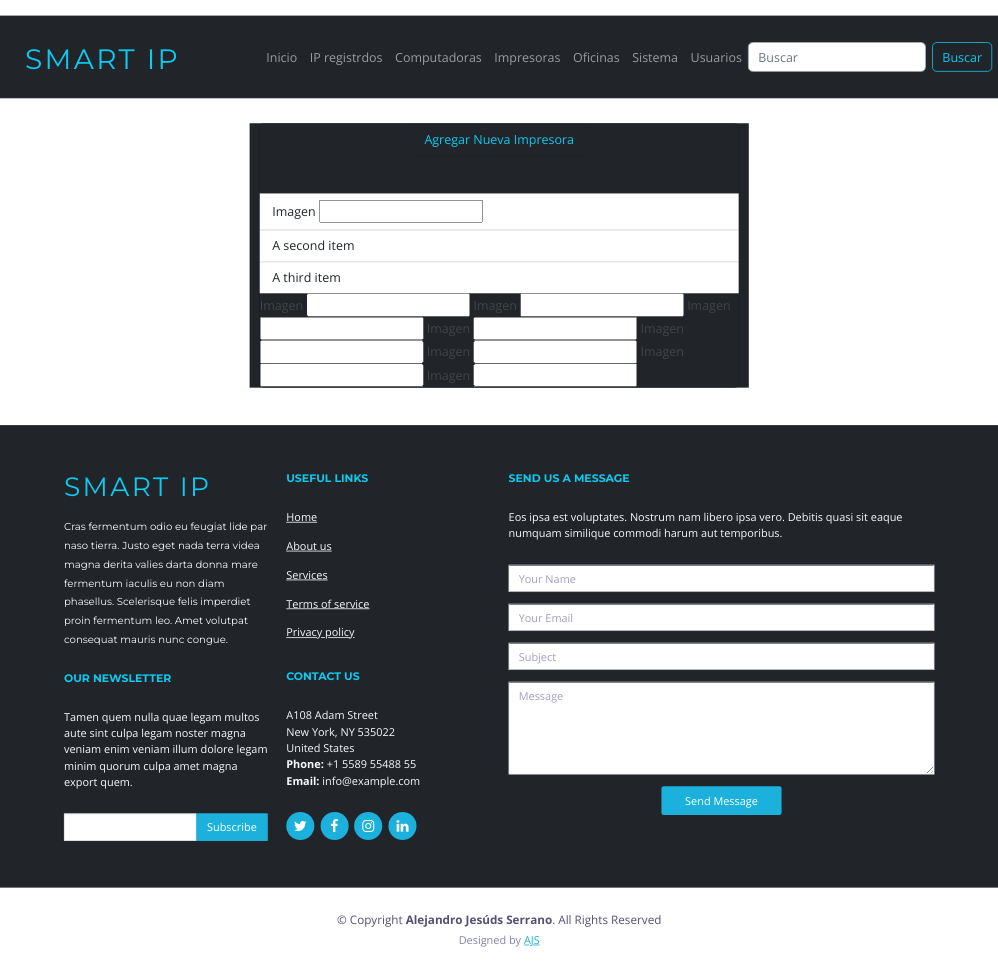
Repository: AlejandroJesusSerrano/SmartIPs
Page: smartip/smartipnav/templates/smartipnav/printer_form.html
These files come from the project's save history. The page is drawn as it stood at one moment and after the next save; the edit follows.
The browser window is 1280 px wide. The pictures show the whole page, at 78% of full size.
The page is served by the project's application, run on Django 4.2 (smartip/manage.py). Other server files are loaded and not shown. The template is opened directly, without the code that normally fills it, so the values that code supplies are empty.

Above is the page before, as saved 2022-11-14 09:00:08.

### smartip/smartipnav/templates/smartipnav/printer_form.html
{% extends 'smartipnav/base.html' %}

{% block content %}
<section>
    <div class="container col-lg-6 bg-dark">
        <div class="card mx-auto mt-5 bg-dark style="width: 20rem;">
            <div class="card-header bg-dark text-info mx-auto">
              Agregar Nueva Impresora
            </div>
            <form id=printer_add_form action="" method="post" class="mt-5">
                {% csrf_token %}
                <ul class="list-group list-group-flush">
                    <li class="list-group-item">
                        <label for="">Imagen</label>
                        <input type="url" name="printer_image" id="printer_image">
                    </li>

                    <li class="list-group-item">A second item</li>
                    <li class="list-group-item">A third item</li>
                  </ul>
                <label for="">Imagen</label>
                <input type="url" name="printer_image" id="printer_image">

                <label for="">Imagen</label>
                <input type="url" name="printer_image" id="printer_image">

                <label for="">Imagen</label>
                <input type="url" name="printer_image" id="printer_image">

                <label for="">Imagen</label>
                <input type="url" name="printer_image" id="printer_image">

                <label for="">Imagen</label>
                <input type="url" name="printer_image" id="printer_image">

                <label for="">Imagen</label>
                <input type="url" name="printer_image" id="printer_image">

                <label for="">Imagen</label>
                <input type="url" name="printer_image" id="printer_image">

                <label for="">Imagen</label>
                <input type="url" name="printer_image" id="printer_image">
            </form>
        </div>
    </div>
</section>
<!-- <section id="intro" class="clearfix">
    <div class="container d-flex h-100">
        <div class="row justify-content-center align-self-center">
            <div class="col-md-6 intro-info order-md-first order-last">
                <form action="" method="post">
                    {% csrf_token %}
                    <div class="container mx-auto w-100">
                        <div class="form-group bg-dark mx-auto w-80">
                            <label class="form-control-label text-light" for="printer_image">Url Imágen: </label>
                            <input class="form-control" type="url" name="printer_image" id="printer_add"></p>

                            <label class="form-control-label text-light" for="printer_brand">Marca: </label>
                            <input class="form-control" type="text" name="printer_brand" id="printer_brand"></p>

                            <label class="form-control-label text-light" for="printer_model">Modelo: </label>
                            <input class="form-control" type="text" name="printer_model" id="printer_model"></p>

                            <label class="form-control-label text-light" for="printer_rebuilded">Reacondicionada: </label>
                            <input class="form-control" type="checkbox" name="printer_rebuilded" id="printer_rebuilded"></p>

                            <label class="form-control-label text-light" for="printer_ip">Ip asignado: </label>
                            <input class="form-control" type="text" name="printer_ip" id="printer_ip"></p>

                            <label class="form-control-label text-light" for="printer_office">Oficina: </label>
                            <input class="form-control" type="text" namr="printer_office" id="printer_office"></p>

                            <button type="submit" class="btn btn-info mx-auto">Submit</button>
                        </div>
                    </div>
                </form>
            </div>
        </div>
    </div>
</section> -->
{% endblock %}

### smartip/smartipnav/templates/smartipnav/base.html
<!DOCTYPE html>
<html lang="en">
<head>

  {% load static %}
  <meta charset="utf-8">
  <title>Smart IP</title>
  <meta content="width=device-width, initial-scale=1.0" name="viewport">
  <meta content="" name="keywords">
  <meta content="" name="description">

  <!-- Favicons -->
  <link href="{% static 'smartipnav/img/favicon.png' %}" rel="icon">
  <link href="{% static 'smartipnav/img/apple-touch-icon.png' %}" rel="apple-touch-icon">

  <!-- Google Fonts -->
  <link href="https://fonts.googleapis.com/css?family=Open+Sans:300,300i,400,400i,500,600,700,700i|Montserrat:300,400,500,600,700" rel="stylesheet">

  <!-- Bootstrap CSS File -->
  <link href="https://cdn.jsdelivr.net/npm/bootstrap@5.2.2/dist/css/bootstrap.min.css" rel="stylesheet" integrity="sha384-Zenh87qX5JnK2Jl0vWa8Ck2rdkQ2Bzep5IDxbcnCeuOxjzrPF/et3URy9Bv1WTRi" crossorigin="anonymous">

  <!-- Libraries CSS Files -->
  <link href="{% static 'smartipnav/lib/font-awesome/css/font-awesome.min.css' %}" rel="stylesheet">
  <link href="{% static 'smartipnav/lib/animate/animate.min.css' %}" rel="stylesheet">
  <link href="{% static 'smartipnav/lib/ionicons/css/ionicons.min.css' %}" rel="stylesheet">
  <link href="{% static 'smartipnav/lib/owlcarousel/assets/owl.carousel.min.css' %}" rel="stylesheet">
  <link href="{% static 'smartipnav/lib/lightbox/css/lightbox.min.css' %}" rel="stylesheet">

  <!-- Main Stylesheet File -->
  <link href="{% static 'smartipnav/css/style.css' %}" rel="stylesheet">

  <!-- =======================================================
    Theme Name: Rapid
    Theme URL: https://bootstrapmade.com/rapid-multipurpose-bootstrap-business-template/
    Author: BootstrapMade.com
    License: https://bootstrapmade.com/license/
  ======================================================= -->
</head>

<body>
  <!--==========================
  Header
  ============================-->
  <header id="header">
    <nav class="navbar navbar-expand-lg navbar-dark bg-dark mb-5">
      <a class="navbar-brand" href="index">
        <div class="logo mb-4">
          <!-- Uncomment below if you prefer to use an image logo -->
          <h1 class="text-bg-dark mx-auto "><a href="index"><span class= "text-info">Smart IP</span></a></h1>
          <!-- <a href="#header" class="scrollto"><img src="img/logo.png" alt="" class="img-fluid"></a> -->
        </div>
      </a>
      <button class="navbar-toggler" type="button" data-bs-toggle="collapse" data-bs-target="#navbarSupportedContent" aria-controls="navbarSupportedContent" aria-expanded="false" aria-label="Toggle navigation">
        <span class="navbar-toggler-icon"></span>
      </button>
      <div class="collapse navbar-collapse" id="navbarSupportedContent">
        <ul class="navbar-nav ms-auto mb-2 mb-lg-0">
          <li class="nav-item">
            <a class="nav-link {% block indexactive %} {% endblock %}" aria-current="page" href="{% url 'Inicio' %}">Inicio</a>
          </li>
          <li class="nav-item">
            <a class="nav-link {% block ipactive %} {% endblock %}" aria-current="page" href=" {% url 'Ip' %}">IP registrdos</a>
          </li>
          <li class="nav-item">
            <a class="nav-link {% block computeractive %} {% endblock %}" aria-current="page" href="{% url 'Computers' %}">Computadoras</a>
          </li>
          <li class="nav-item">
            <a class="nav-link {% block printersactive %} {% endblock %}" aria-current="page" href="{% url 'Printers' %}">Impresoras</a>
          </li>
          <li class="nav-item">
            <a class="nav-link {% block officesactive %} {% endblock %}" aria-current="page" href="{% url 'Offices' %}">Oficinas</a>
          </li>
          <li class="nav-item">
            <a class="nav-link {% block usersactive %} {% endblock %}" aria-current="page" href="{% url 'Users' %}">Sistema</a>
          </li>
          <li class="nav-item">
            <a class="nav-link {% block userspcactive %} {% endblock %}" aria-current="page" href="{% url 'UsersPc' %}">Usuarios</a>
          </li>

          <!-- <li class="nav-item dropdown">
            <a class="nav-link dropdown-toggle" href="#" id="navbarDropdown" role="button" data-bs-toggle="dropdown" aria-expanded="false">
              Dropdown
            </a>
            <ul class="dropdown-menu" aria-labelledby="navbarDropdown">
              <li><a class="dropdown-item" href="#">Acción</a></li>
              <li><a class="dropdown-item" href="#">Otra acción</a></li>
              <li><hr class="dropdown-divider"></li>
              <li><a class="dropdown-item" href="#">Algo más aquí</a></li>
            </ul>
          </li>
          <li class="nav-item">
            <a class="nav-link disabled">Deshabilitado</a>
          </li> -->
        </ul>
        <form class="d-flex" role="search">
          <input class="form-control me-2" type="search" placeholder="Buscar" aria-label="Buscar">
          <button class="btn btn-outline-info me-2" type="submit">Buscar</button>
        </form>
      </div>
    </nav>
  </header><!-- #header -->



    {% block content %}

    {% endblock %}



  <!--==========================
    Footer
  ============================-->
  <footer id="footer" class="section-bg">
    <div class="mt-5 footer-top bg-dark">
      <div class="container bg-dark">

        <div class="row">

          <div class="col-lg-6">

            <div class="row">

                <div class="col-sm-6">

                  <div class="footer-info">
                    <h3 class="text-info">Smart Ip</h3>
                    <p class="text-light">Cras fermentum odio eu feugiat lide par naso tierra. Justo eget nada terra videa magna derita valies darta donna mare fermentum iaculis eu non diam phasellus. Scelerisque felis imperdiet proin fermentum leo. Amet volutpat consequat mauris nunc congue.</p>
                  </div>

                  <div class="footer-newsletter">
                    <h4 class="text-info">Our Newsletter</h4>
                    <p class="text-light">Tamen quem nulla quae legam multos aute sint culpa legam noster magna veniam enim veniam illum dolore legam minim quorum culpa amet magna export quem.</p>
                    <form action="" method="post">
                      <input type="email" name="email"><input type="submit"  value="Subscribe">
                    </form>
                  </div>

                </div>

                <div class="col-sm-6">
                  <div class="footer-links">
                    <h4 class="text-info">Useful Links</h4>
                    <ul>
                      <li><a class="text-light" href="#">Home</a></li>
                      <li><a class="text-light" href="#">About us</a></li>
                      <li><a class="text-light" href="#">Services</a></li>
                      <li><a class="text-light" href="#">Terms of service</a></li>
                      <li><a class="text-light" href="#">Privacy policy</a></li>
                    </ul>
                  </div>

                  <div class="footer-links">
                    <h4 class="text-info">Contact Us</h4>
                    <p class="text-light">
                      A108 Adam Street <br>
                      New York, NY 535022<br>
                      United States <br>
                      <strong>Phone:</strong> +1 5589 55488 55<br>
                      <strong>Email:</strong> info@example.com<br>
                    </p>
                  </div>

                  <div class="social-links">
                    <a href="#" class="twitter"><i class="fa fa-twitter"></i></a>
                    <a href="#" class="facebook"><i class="fa fa-facebook"></i></a>
                    <a href="#" class="instagram"><i class="fa fa-instagram"></i></a>
                    <a href="#" class="linkedin"><i class="fa fa-linkedin"></i></a>
                  </div>

                </div>

            </div>

          </div>

          <div class="col-lg-6">

            <div class="form">

              <h4 class="text-info">Send us a message</h4>
              <p class= "text-light">Eos ipsa est voluptates. Nostrum nam libero ipsa vero. Debitis quasi sit eaque numquam similique commodi harum aut temporibus.</p>
              <form action="" method="post" role="form" class="contactForm">
                <div class="form-group">
                  <input type="text" name="name" class="form-control" id="name" placeholder="Your Name" data-rule="minlen:4" data-msg="Please enter at least 4 chars" />
                  <div class="validation"></div>
                </div>
                <div class="form-group">
                  <input type="email" class="form-control" name="email" id="email" placeholder="Your Email" data-rule="email" data-msg="Please enter a valid email" />
                  <div class="validation"></div>
                </div>
                <div class="form-group">
                  <input type="text" class="form-control" name="subject" id="subject" placeholder="Subject" data-rule="minlen:4" data-msg="Please enter at least 8 chars of subject" />
                  <div class="validation"></div>
                </div>
                <div class="form-group">
                  <textarea class="form-control" name="message" rows="5" data-rule="required" data-msg="Please write something for us" placeholder="Message"></textarea>
                  <div class="validation"></div>
                </div>

                <div id="sendmessage">Your message has been sent. Thank you!</div>
                <div id="errormessage"></div>

                <div class="text-center"><button type="submit" title="Send Message">Send Message</button></div>
              </form>
            </div>

          </div>



        </div>

      </div>
    </div>

    <div class="container">
      <div class="copyright">
        &copy; Copyright <strong>Alejandro Jesúds Serrano</strong>. All Rights Reserved
      </div>
      <div class="credits">
        <!--
          All the links in the footer should remain intact.
          You can delete the links only if you purchased the pro version.
          Licensing information: https://bootstrapmade.com/license/
          Purchase the pro version with working PHP/AJAX contact form: https://bootstrapmade.com/buy/?theme=Rapid
        -->
        Designed by <a href="https://AJS.com/">AJS</a>
      </div>
    </div>
  </footer><!-- #footer -->

  <a href="#" class="back-to-top"><i class="fa fa-chevron-up"></i></a>
  <!-- Uncomment below i you want to use a preloader -->
  <!-- <div id="preloader"></div> -->

  <!-- JavaScript Libraries -->
  <script src="{% static 'smartipnav/lib/jquery/jquery.min.js' %}"></script>
  <script src="{% static 'smartipnav/lib/jquery/jquery-migrate.min.js' %}"></script>
  <script src="https://cdn.jsdelivr.net/npm/bootstrap@5.2.2/dist/js/bootstrap.bundle.min.js" integrity="sha384-OERcA2EqjJCMA+/3y+gxIOqMEjwtxJY7qPCqsdltbNJuaOe923+mo//f6V8Qbsw3" crossorigin="anonymous"></script>
  <script src="{% static 'smartipnav/lib/easing/easing.min.js' %}"></script>
  <script src="{% static 'smartipnav/lib/mobile-nav/mobile-nav.js' %}"></script>
  <script src="{% static 'smartipnav/lib/wow/wow.min.js' %}"></script>
  <script src="{% static 'smartipnav/lib/waypoints/waypoints.min.js' %}"></script>
  <script src="{% static 'smartipnav/lib/counterup/counterup.min.js' %}"></script>
  <script src="{% static 'smartipnav/lib/owlcarousel/owl.carousel.min.js' %}"></script>
  <script src="{% static 'smartipnav/lib/isotope/isotope.pkgd.min.js' %}"></script>
  <script src="{% static 'smartipnav/lib/lightbox/js/lightbox.min.js' %}"></script>
  <!-- Contact Form JavaScript File -->
  <script src="{% static 'smartipnav/contactform/contactform.js' %}"></script>

  <!-- Template Main Javascript File -->
  <script src="{% static 'smartipnav/js/main.js' %}"></script>

</body>
</html>

### smartip/smartip/urls.py
"""smartip URL Configuration

The `urlpatterns` list routes URLs to views. For more information please see:
    https://docs.djangoproject.com/en/4.1/topics/http/urls/
Examples:
Function views
    1. Add an import:  from my_app import views
    2. Add a URL to urlpatterns:  path('', views.home, name='home')
Class-based views
    1. Add an import:  from other_app.views import Home
    2. Add a URL to urlpatterns:  path('', Home.as_view(), name='home')
Including another URLconf
    1. Import the include() function: from django.urls import include, path
    2. Add a URL to urlpatterns:  path('blog/', include('blog.urls'))
"""
from django.contrib import admin
from django.urls import path

urlpatterns = [
    path('admin/', admin.site.urls),
]

Loaded but not shown: smartip/smartipnav/static/smartipnav/lib/font-awesome/css/font-awesome.min.css (library); smartip/smartipnav/static/smartipnav/lib/animate/animate.min.css (library); smartip/smartipnav/static/smartipnav/lib/ionicons/css/ionicons.min.css (library); smartip/smartipnav/static/smartipnav/lib/owlcarousel/assets/owl.carousel.min.css (library); smartip/smartipnav/static/smartipnav/lib/lightbox/css/lightbox.min.css (common file); smartip/smartipnav/static/smartipnav/lib/jquery/jquery.min.js (library); smartip/smartipnav/static/smartipnav/lib/jquery/jquery-migrate.min.js (library); smartip/smartipnav/static/smartipnav/lib/easing/easing.min.js (common file); smartip/smartipnav/static/smartipnav/lib/mobile-nav/mobile-nav.js (common file); smartip/smartipnav/static/smartipnav/lib/wow/wow.min.js (library); smartip/smartipnav/static/smartipnav/lib/waypoints/waypoints.min.js (library); smartip/smartipnav/static/smartipnav/lib/counterup/counterup.min.js (common file); smartip/smartipnav/static/smartipnav/lib/owlcarousel/owl.carousel.min.js (library); smartip/smartipnav/static/smartipnav/lib/isotope/isotope.pkgd.min.js (library); smartip/smartipnav/static/smartipnav/lib/lightbox/js/lightbox.min.js (library); smartip/smartipnav/static/smartipnav/js/main.js (131 lines, source omitted); smartip/smartipnav/static/smartipnav/contactform/contactform.js (118 lines, source omitted); smartip/smartipnav/static/smartipnav/css/style.css (1573 lines, source omitted)

After the next save:
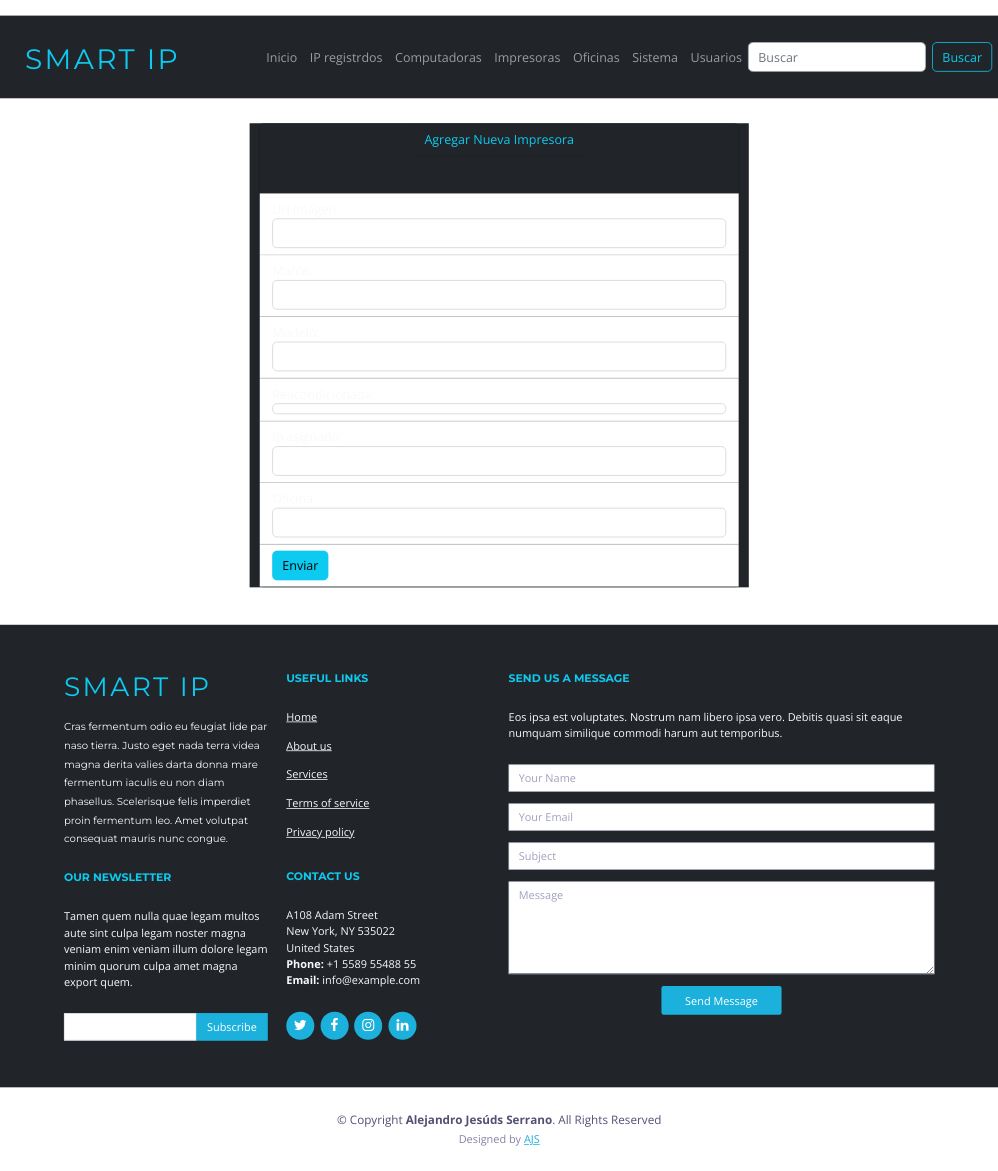
Saved 3 min 28 s later.
--- a/smartip/smartipnav/templates/smartipnav/printer_form.html
+++ b/smartip/smartipnav/templates/smartipnav/printer_form.html
@@ -11,36 +11,33 @@
                 {% csrf_token %}
                 <ul class="list-group list-group-flush">
                     <li class="list-group-item">
-                        <label for="">Imagen</label>
-                        <input type="url" name="printer_image" id="printer_image">
+                        <label class="form-control-label text-light" for="printer_image">Url Imágen: </label>
+                    <input class="form-control" type="url" name="printer_image" id="printer_add">
                     </li>
-
-                    <li class="list-group-item">A second item</li>
-                    <li class="list-group-item">A third item</li>
+                    <li class="list-group-item">
+                        <label class="form-control-label text-light" for="printer_brand">Marca: </label>
+                        <input class="form-control" type="text" name="printer_brand" id="printer_brand">
+                    </li>
+                    <li class="list-group-item">
+                        <label class="form-control-label text-light" for="printer_model">Modelo: </label>
+                        <input class="form-control" type="text" name="printer_model" id="printer_model">
+                    </li>
+                    <li class="list-group-item">
+                        <label class="form-control-label text-light" for="printer_rebuilded">Reacondicionada: </label>
+                        <input class="form-control" type="checkbox" name="printer_rebuilded" id="printer_rebuilded">
+                    </li>
+                    <li class="list-group-item">
+                        <label class="form-control-label text-light" for="printer_ip">Ip asignado: </label>
+                        <input class="form-control" type="text" name="printer_ip" id="printer_ip">
+                    </li>
+                    <li class="list-group-item">
+                        <label class="form-control-label text-light" for="printer_office">Oficina: </label>
+                        <input class="form-control" type="text" namr="printer_office" id="printer_office">
+                    </li>
+                    <li class="list-group-item">
+                        <button type="submit" class="btn btn-info mx-auto">Enviar</button>
+                    </li>
                   </ul>
-                <label for="">Imagen</label>
-                <input type="url" name="printer_image" id="printer_image">
-
-                <label for="">Imagen</label>
-                <input type="url" name="printer_image" id="printer_image">
-
-                <label for="">Imagen</label>
-                <input type="url" name="printer_image" id="printer_image">
-
-                <label for="">Imagen</label>
-                <input type="url" name="printer_image" id="printer_image">
-
-                <label for="">Imagen</label>
-                <input type="url" name="printer_image" id="printer_image">
-
-                <label for="">Imagen</label>
-                <input type="url" name="printer_image" id="printer_image">
-
-                <label for="">Imagen</label>
-                <input type="url" name="printer_image" id="printer_image">
-
-                <label for="">Imagen</label>
-                <input type="url" name="printer_image" id="printer_image">
             </form>
         </div>
     </div>
